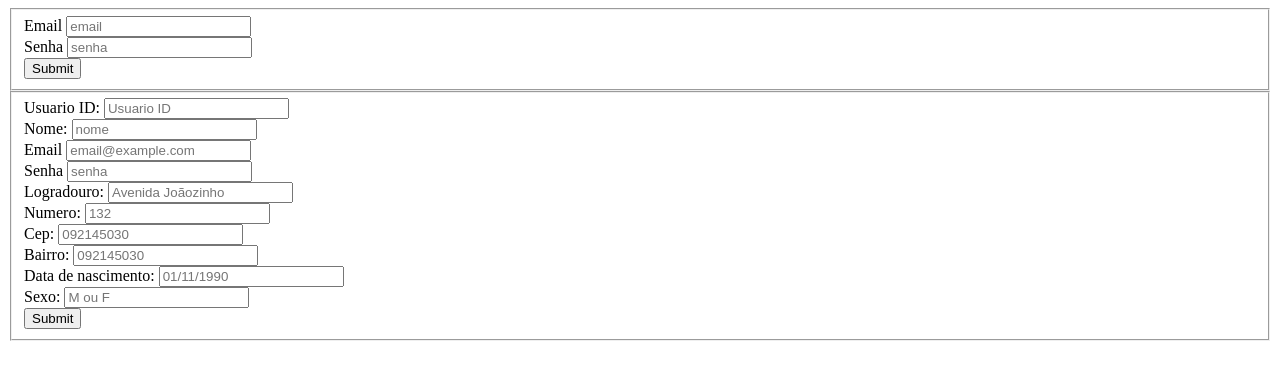
Repository: moises2112/Projetos
Page: http://localhost/Dog/LoginController.do?action=logar
An editor plug-in stored every save of this project. The page is shown before and after the next save, followed by the edit.
The browser window is 1280 px wide. The pictures show the whole page.
The page is served by Tomcat 9.

Above is the page before, as saved 2017-06-09 00:10:14.

After the next save:
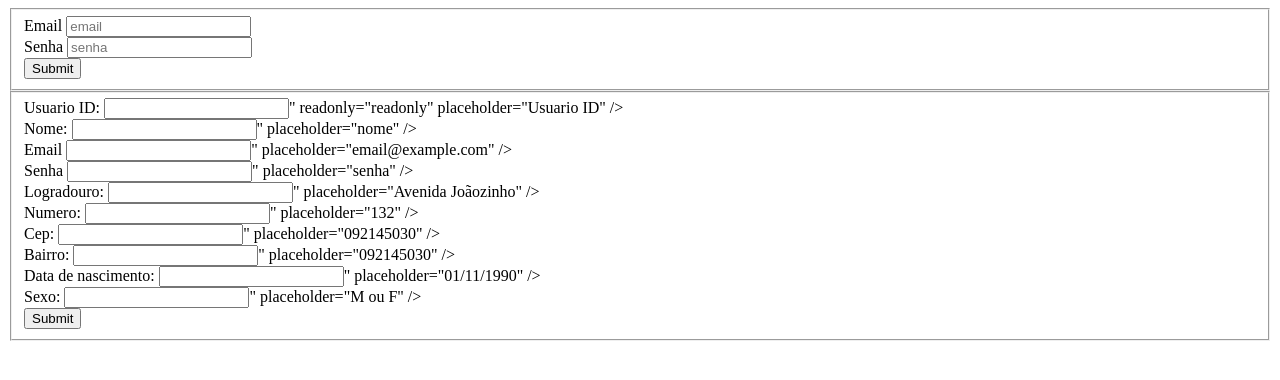
Saved 18 min 40 s later.
--- a/Dog/WebContent/login.jsp
+++ b/Dog/WebContent/login.jsp
@@ -30,48 +30,45 @@
 		<fieldset>
 			<div>
 				<label for="usuarioId">Usuario ID:</label> <input type="text"
-					name="usuarioId" value="<c:out value="${usuario.idUsuario}" />"
-					readonly="readonly" placeholder="Usuario ID" />
+					name="usuarioId" />" readonly="readonly" placeholder="Usuario ID"
+				/>
 			</div>
 			<div>
-				<label for="nome">Nome:</label> <input type="text" name="nome"
-					value="<c:out value="${usuario.nome}" />" placeholder="nome" />
+				<label for="nome">Nome:</label> <input type="text" name="nome" />"
+				placeholder="nome" />
 			</div>
 			<div>
-				<label for="email">Email</label> <input type="text" name="email"
-					value="<c:out value="${usuario.email}" />"
-					placeholder="email@example.com" />
+				<label for="email">Email</label> <input type="text" name="email" />"
+				placeholder="email@example.com" />
 			</div>
 			<div>
-				<label for="senha">Senha</label> <input type="password" name="senha"
-					value="<c:out value="${usuario.senha}" />" placeholder="senha" />
+				<label for="senha">Senha</label> <input type="password" name="senha" />"
+				placeholder="senha" />
 			</div>
 			<div>
 				<label for="logradouro">Logradouro:</label> <input type="text"
-					name="logradouro" value="<c:out value="${usuario.logradouro}" />"
-					placeholder="Avenida Joãozinho" />
+					name="logradouro" />" placeholder="Avenida Joãozinho" />
 			</div>
 			<div>
-				<label for="numero">Numero:</label> <input type="text" name="numero"
-					value="<c:out value="${usuario.numero}" />" placeholder="132" />
+				<label for="numero">Numero:</label> <input type="text" name="numero" />"
+				placeholder="132" />
 			</div>
 			<div>
-				<label for="cep">Cep:</label> <input type="text" name="cep"
-					value="<c:out value="${usuario.cep}" />" placeholder="092145030" />
+				<label for="cep">Cep:</label> <input type="text" name="cep" />"
+				placeholder="092145030" />
 			</div>
 			<div>
-				<label for="bairro">Bairro:</label> <input type="text" name="bairro"
-					value="<c:out value="${usuario.bairro}" />" placeholder="092145030" />
+				<label for="bairro">Bairro:</label> <input type="text" name="bairro" />"
+				placeholder="092145030" />
 			</div>
 			<div>
 				<label for="dataNascimento">Data de nascimento:</label> <input
-					type="text" name="dataNascimento"
-					value="<c:out value="${usuario.dataNascimento}" />"
-					placeholder="01/11/1990" />
+					type="text" name="dataNascimento" />"
+				placeholder="01/11/1990" />
 			</div>
 			<div>
-				<label for="sexo">Sexo:</label> <input type="text" name="sexo"
-					value="<c:out value="${usuario.sexo}" />" placeholder="M ou F" />
+				<label for="sexo">Sexo:</label> <input type="text" name="sexo" />"
+				placeholder="M ou F" />
 			</div>
 
 			<div>
